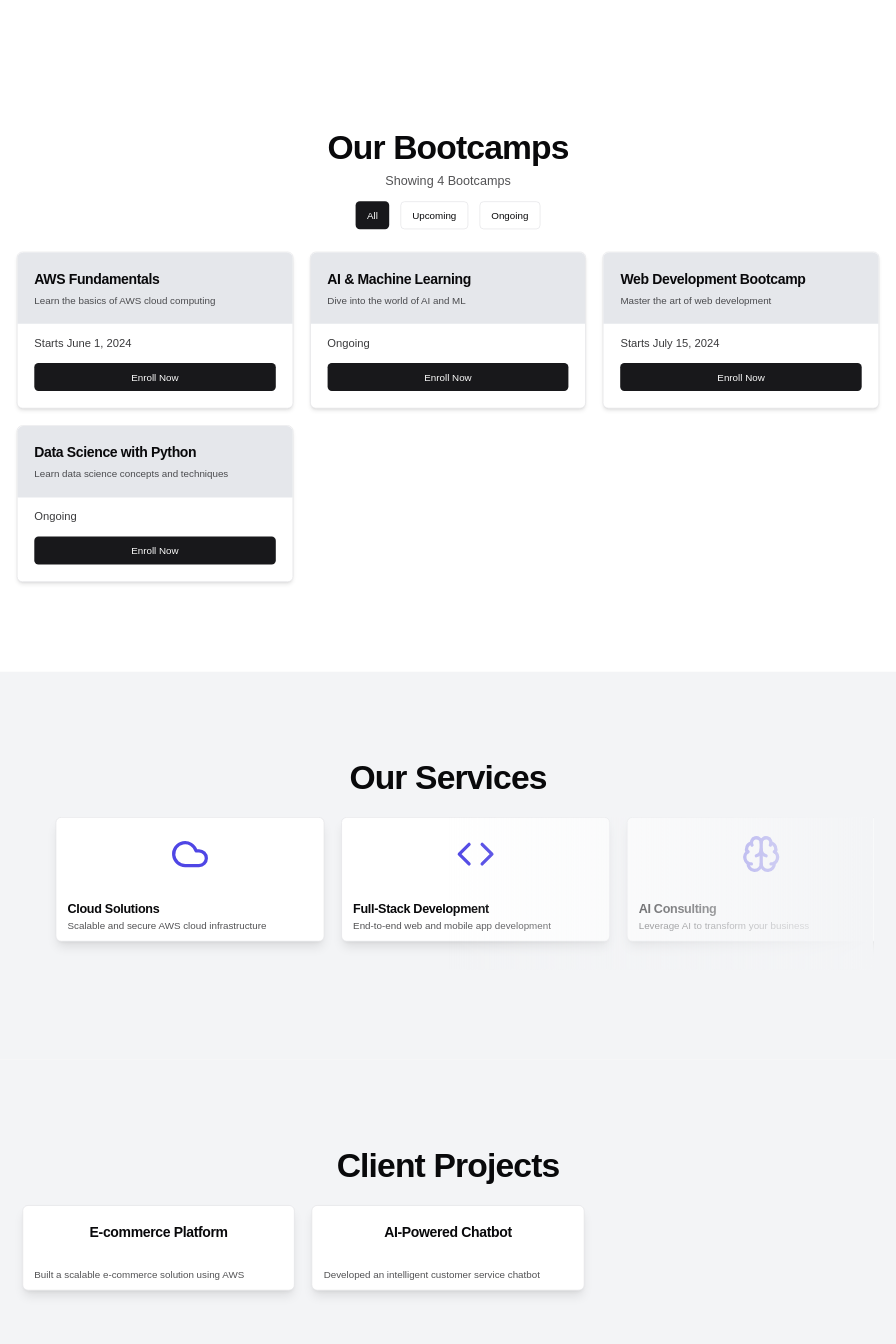
Repository: DiwanMalla/ausbizdemo1
Page: /
These files come from the project's save history. The page is drawn as it stood at one moment and after the next save; the edit follows.
The browser window is 1280 px wide. The pictures show the part of the page from y = 542 to 2462 px (the page is 6263 px tall before and 6447 px after), at 70% of full size.
The project was rebuilt for these pictures with package versions that can differ from the ones it lists, and the page was loaded fresh each time. The framework's server and built-in components were replaced by stand-ins that run in the browser. Also part of the build but not shown: next.config.ts.

Above is the page before, as saved 2024-11-09 19:07:56.

After the next save:
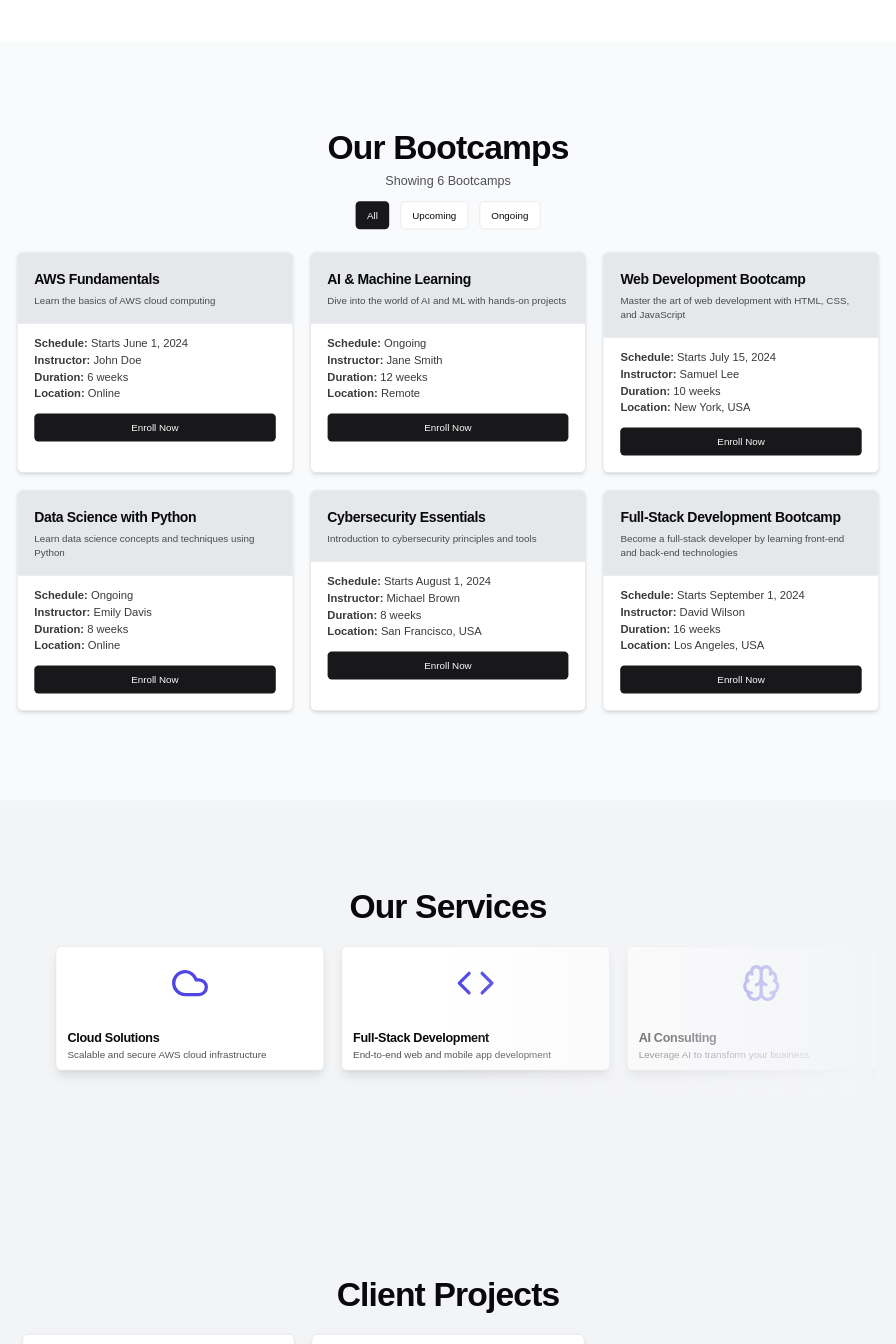
Saved 10 s later.
--- a/components/Bootcamp.tsx
+++ b/components/Bootcamp.tsx
@@ -14,27 +14,59 @@ const bootcamps = [
     title: "AWS Fundamentals",
     description: "Learn the basics of AWS cloud computing",
     schedule: "Starts June 1, 2024",
+    instructor: "John Doe",
+    duration: "6 weeks",
+    location: "Online",
     status: "upcoming",
   },
   {
     title: "AI & Machine Learning",
-    description: "Dive into the world of AI and ML",
+    description: "Dive into the world of AI and ML with hands-on projects",
     schedule: "Ongoing",
+    instructor: "Jane Smith",
+    duration: "12 weeks",
+    location: "Remote",
     status: "ongoing",
   },
   {
     title: "Web Development Bootcamp",
-    description: "Master the art of web development",
+    description:
+      "Master the art of web development with HTML, CSS, and JavaScript",
     schedule: "Starts July 15, 2024",
+    instructor: "Samuel Lee",
+    duration: "10 weeks",
+    location: "New York, USA",
     status: "upcoming",
   },
   {
     title: "Data Science with Python",
-    description: "Learn data science concepts and techniques",
+    description: "Learn data science concepts and techniques using Python",
     schedule: "Ongoing",
+    instructor: "Emily Davis",
+    duration: "8 weeks",
+    location: "Online",
     status: "ongoing",
   },
-  // Add more bootcamps...
+  {
+    title: "Cybersecurity Essentials",
+    description: "Introduction to cybersecurity principles and tools",
+    schedule: "Starts August 1, 2024",
+    instructor: "Michael Brown",
+    duration: "8 weeks",
+    location: "San Francisco, USA",
+    status: "upcoming",
+  },
+  {
+    title: "Full-Stack Development Bootcamp",
+    description:
+      "Become a full-stack developer by learning front-end and back-end technologies",
+    schedule: "Starts September 1, 2024",
+    instructor: "David Wilson",
+    duration: "16 weeks",
+    location: "Los Angeles, USA",
+    status: "upcoming",
+  },
+  // More bootcamps can be added here...
 ];
 
 export default function BootcampSection() {
@@ -45,7 +77,7 @@ export default function BootcampSection() {
   );
 
   return (
-    <section className="w-full py-12 md:py-24 lg:py-32 ">
+    <section className="w-full py-12 md:py-24 lg:py-32 bg-gray-50 dark:bg-gray-900">
       <div className="container mx-auto px-4 md:px-6">
         <h2 className="text-3xl font-bold tracking-tight sm:text-4xl md:text-5xl text-foreground text-center">
           Our Bootcamps
@@ -94,7 +126,18 @@ export default function BootcampSection() {
                 </CardDescription>
               </CardHeader>
               <CardContent className="py-4 text-foreground/80">
-                <p>{bootcamp.schedule}</p>
+                <p>
+                  <strong>Schedule:</strong> {bootcamp.schedule}
+                </p>
+                <p>
+                  <strong>Instructor:</strong> {bootcamp.instructor}
+                </p>
+                <p>
+                  <strong>Duration:</strong> {bootcamp.duration}
+                </p>
+                <p>
+                  <strong>Location:</strong> {bootcamp.location}
+                </p>
               </CardContent>
               <CardFooter>
                 <Button className="w-full">Enroll Now</Button>
